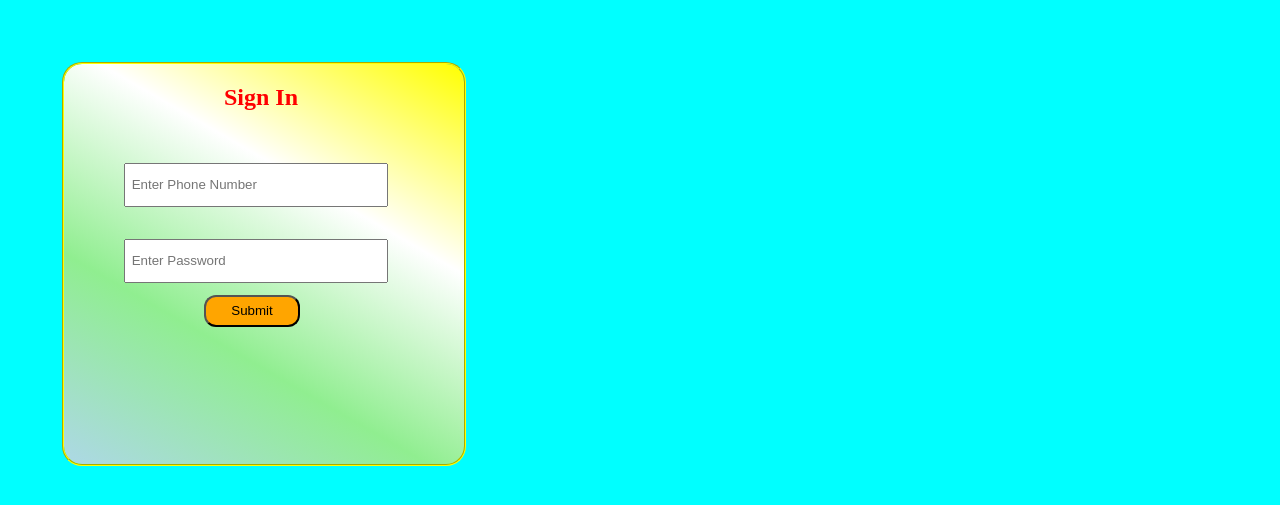
Repository: Amani-Kibet/express-app-web
Page: public/Card.html
An editor plug-in stored every save of this project. The page is shown before and after the next save, followed by the edit.
The browser window is 1280 px wide. The pictures show the whole page.

Above is the page before, as saved 2025-09-25 21:28:05.

After the next save:
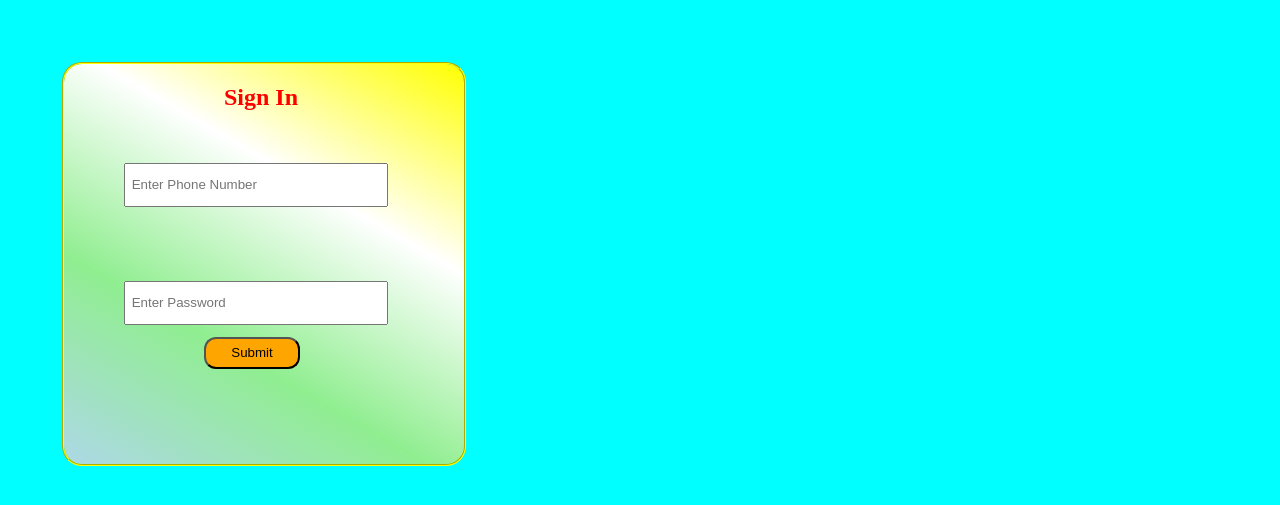
Saved 14 s later.
--- a/public/Card.html
+++ b/public/Card.html
@@ -32,6 +32,7 @@
     top: 50px;
     right: 8rem;
     border-radius: 12px;
+    margin-top: 5rem;
   }
   </style>
 </head>
@@ -40,7 +41,7 @@
     <h2>Sign In</h2>
     <input type="number" class="inputs" id="phoneI" placeholder=" Enter Phone Number">
     <input type="password" class="inputs" id="passI" placeholder=" Enter Password">
-    <button id="submit">Submit</button>
+  <button id="submit">Submit</button>
   </div>
 </body>
 <script>

After the save that followed:
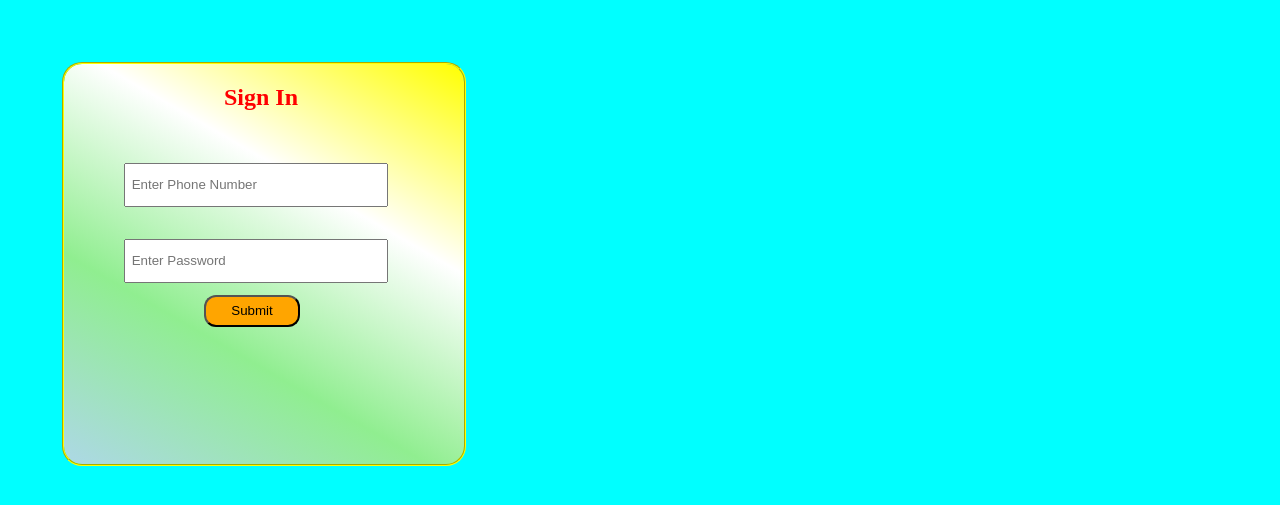
Saved 13 s later.
--- a/public/Card.html
+++ b/public/Card.html
@@ -32,7 +32,6 @@
     top: 50px;
     right: 8rem;
     border-radius: 12px;
-    margin-top: 5rem;
   }
   </style>
 </head>
